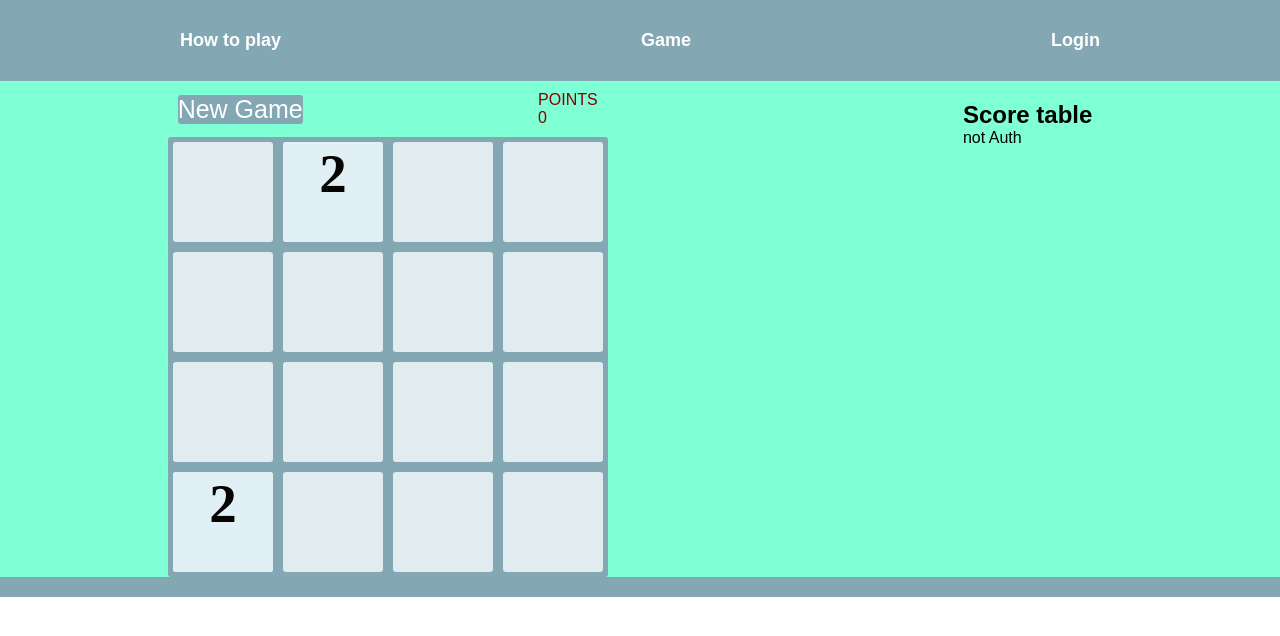
Repository: nika-otter/2048
Page: / (app in client/), after clicking the first element matching `div.resetButton`
The author's editor kept a copy of each file at every save. The page is drawn from the files as they stood at one save, then again after the next save.
The browser window is 1280 px wide. The pictures show the whole page.
The page's requests for data from a server got no answer. The project was rebuilt for these pictures with package versions that can differ from the ones it lists, and the page was loaded fresh each time. No one was signed in, and anything a server would have sent is missing. Also part of the build but not shown: client/src/components/Login/LoginForm.js, client/src/pages/account/index.jsx, client/src/components/Game/GameOverlay.jsx, client/src/pages/Instruction/index.jsx, client/src/pages/Login/index.jsx. Imported but missing from the stored project, and not drawn on this page: client/src/components/InstructionPage/InstructionPage.

Above is the page before, as saved 2023-04-30 14:44:09.

### client/src/index.js
import React from "react";
import ReactDOM from "react-dom/client";
import "./index.css";
import App from "./App";
import { BrowserRouter } from "react-router-dom";
import Store from "./store/store";

const store = new Store();

export const Context = React.createContext({
  store,
});

const root = ReactDOM.createRoot(document.getElementById("root"));
root.render(
  <Context.Provider value={{ store }}>
    <BrowserRouter>
      <App />
    </BrowserRouter>
  </Context.Provider>
);

### client/src/index.css
* {
  box-sizing: border-box;
  margin: 0;
  padding: 0;
}
#root {
  width: 100vw;
  height: 100%;

  background-color: aquamarine;
}

body {
  /* background-color: #ffffff;
  display: flex;
  justify-content: center;
  align-items: center;
  height: 100vh; */
  height: 100%;
}

code {
  font-family: source-code-pro, Menlo, Monaco, Consolas, "Courier New",
    monospace;
}

### client/src/App.js
import { useContext, useEffect, useState } from "react";
import "./App.css";
import LoginForm from "./components/Login/LoginForm";
import AppRouter from "./router/AppRouter";
import { Context } from "./index";
import { observer } from "mobx-react-lite";
import UserService from "./services/UserService";
function App() {
  // const { store } = useContext(Context);
  // const [users, setUsers] = useState([]);
  // useEffect(() => {
  //   if (localStorage.getItem("token")) {
  //     // console.log(localStorage.getItem("token"));
  //     store.checkAuth();
  //   }
  // }, []);

  // if (store.isLoading) {
  //   return <div>Loading...</div>;
  // }
  // async function getUsers() {
  //   try {
  //     const response = await UserService.fetchUsers();
  //     setUsers(response.data);
  //     console.log(response);
  //     setUsers(response.data);
  //   } catch {}
  // }
  return (
    <div className="App">
      <AppRouter />
      {/* <h1>{store.isAuth ? `User: ${store.user.email}` : "Not Auth"}</h1>
      <h1>
        {" "}
        {store.user.isActivated ? `Activated` : "Go and activate your email"}
      </h1>
      <button onClick={() => store.logout()}>Logout</button>
      <button onClick={getUsers}>Get users</button>
      {users.map((user) => (
        <div key={user.email}>{user.email}</div>
      ))}      */}
      {/* <LoginForm /> */}
    </div>
  );
}

export default observer(App);

### client/src/store/store.js
import { makeAutoObservable } from "mobx";
import AuthService from "../services/AuthService";
import axios from "axios";
import { API_URL } from "../http";
import UserService from "../services/UserService";

export default class Store {
  user = {};
  isAuth = false;
  isLoading = false;
  scores = {};
  constructor() {
    makeAutoObservable(this);
  }
  setAuth(bool) {
    this.isAuth = bool;
  }
  setUser(user) {
    this.user = user;
  }

  setLoading(bool) {
    this.isLoading = bool;
  }

  setScores(scores) {
    this.scores = scores;
  }

  async login(email, password) {
    console.log("login");
    try {
      const response = await AuthService.login(email, password);
      console.log(response);
      localStorage.setItem("token", response.data.accessToken);
      this.setAuth(true);
      this.setUser(response.data.user);
      console.log(response.data.user);
    } catch (e) {
      console.log(e.response?.data?.message);
    }
  }

  async registration(email, password) {
    try {
      const response = await AuthService.registration(email, password);
      console.log(response);
      localStorage.setItem("token", response.data.accessToken);
      this.setAuth(true);
      this.setUser(response.data.user);
    } catch (e) {
      console.log(e.response?.data?.message);
    }
  }

  async logout() {
    try {
      const response = await AuthService.logout();
      console.log(response);
      localStorage.removeItem("token", response.data.accessToken);
      this.setAuth(false);
      this.setUser({});
    } catch (e) {
      console.log(e.response?.data?.message);
    }
  }

  async checkAuth() {
    console.log("checkAuth");
    this.setLoading(true);
    try {
      const response = await axios.get(`${API_URL}/refresh`, {
        withCredentials: true,
      });
      console.log(response, "response checkAuth");
      console.log(
        response.data.accessToken,
        "response.data.accessToken checkAuth"
      );
      localStorage.setItem("token", response.data.accessToken);

      this.setAuth(true);
      this.setUser(response.data.user);
    } catch (e) {
      console.log(e.response?.data?.message);
    } finally {
      this.setLoading(false);
    }
  }

  async saveScore(email, score) {
    try {
      const response = await UserService.updateScore(email, score);
      //   this.scores = response.data.user.scores;
      console.log(response.data.user.scores);
    } catch (e) {
      console.log(e.response?.data?.message);
    }
  }
  async getScores(email) {
    this.setLoading(true);
    try {
      const response = await UserService.getScores(email);
      console.log(response, "response getScores store");
      this.setScores(response.data.user.scores);
      //   console.log(response.data.user.scores);
    } catch (e) {
      console.log(e.response?.data?.message);
    } finally {
      // this.setLoading(false);
    }
  }
}

### client/src/router/AppRouter.jsx
import { Routes, Route } from "react-router-dom";
import Account from "../pages/Account";
import Game from "../pages/Game";
import Instruction from "../pages/Instruction";
import Login from "../pages/Login";

const AppRouter = () => {
  return (
    <Routes>
      {/* <Route path="/game" element={<Game />} /> */}
      {/* <Route path="/account" element={<Account />} /> */}
      <Route path="/how-to-play" element={<Instruction />} />
      <Route path="/" element={<Game />} />
      <Route path="/login" element={<Login />} />
    </Routes>
  );
};

export default AppRouter;

### client/src/services/UserService.js
import $api from "../http";
export default class UserService {
  static fetchUsers() {
    return $api.get("/users");
  }

  static updateScore(email, score) {
    return $api.post(`/score`, { email, score });
  }

  static async getScores(email) {
    return $api.post(`/scores`, { email });
  }
}

### client/src/services/AuthService.js
import $api from "../http";
export default class AuthService {
  static async login(email, password) {
    return $api.post("/login", { email, password });
  }
  static async registration(email, password) {
    return $api.post("/registration", { email, password });
  }
  static async logout() {
    return $api.post("/logout");
  }
}

### client/src/http/index.js
import axios from "axios";

export const API_URL = "http://localhost:5000/api";

const $api = axios.create({
  withCredentials: true,
  baseURL: API_URL,
});

$api.interceptors.request.use((config) => {
  config.headers.Authorization = `Bearer ${localStorage.getItem("token")}`;
  return config;
});

$api.interceptors.response.use(
  (config) => {
    return config;
  },
  async (error) => {
    const originalRequest = error.config;
    if (
      error.response.status === 401 &&
      error.config &&
      !error.config._isRetry
    ) {
      originalRequest._isRetry = true;
      try {
        const response = await axios.get(`${API_URL}/refresh`, {
          withCredentials: true,
        });
        console.log(response, "response http");
        localStorage.setItem("token", response.data.accessToken);
        return $api.request(originalRequest);
      } catch (e) {
        console.log(e);
        console.log("НЕ АВТОРИЗОВАН");
      }
    }
    throw error;
  }
);
export default $api;

### client/src/pages/Game/index.jsx
import Header from "../../components/Header/Header";
import Footer from "../../components/Footer/Footer";
import GamePage from "../../components/GamePage/GamePage";

function Game() {
  return (
    <>
      <Header />
      <GamePage />
      <Footer />
    </>
  );
}

export default Game;

### client/src/components/Footer/Footer.jsx
import classes from "./Footer.module.scss";

function Footer() {
  return <footer className={classes.footer}></footer>;
}

export default Footer;

### client/src/components/Header/Header.jsx
import { Link } from "react-router-dom";
import classes from "./Header.module.scss";

function Header() {
  return (
    <header className={classes.header}>
      <Link className={classes.link} to="/how-to-play">
        How to play
      </Link>
      <Link className={classes.link} to="/">
        Game
      </Link>
      <Link className={classes.link} to="/login">
        Login
      </Link>
    </header>
  );
}

export default Header;

### client/src/components/GamePage/GamePage.jsx
import { Link } from "react-router-dom";
import classes from "./GamePage.module.scss";
import ScoreTable from "../ScoreTable/ScoreTable";
import BoardView from "../Game/Board";

function GamePage() {
  return (
    <main className={classes.main}>
      <div className={classes.gamepage}>
        <BoardView />
        <ScoreTable />
      </div>
    </main>
  );
}

export default GamePage;

### client/src/components/Footer/Footer.module.scss
.footer {
  flex: 0 0 auto;
  height: 20px;
  background-color: rgb(131, 168, 180);
  width: 100%;
}

### client/src/components/Header/Header.module.scss
.header {
  display: flex;
  justify-content: space-around;
  background-color: #83a8b4;
  width: 100%;
}
.link {
  color: white;
  text-decoration: none;
  font-size: large;
  margin-top: 20px;
  margin-bottom: 20px;
  padding: 10px;
  font-weight: bold;
  border-radius: 5px;
  &:hover {
    color: rgb(106, 134, 144);
    background-color: rgb(255, 255, 255);
  }
}

### client/src/components/GamePage/GamePage.module.scss
.gamepage {
  display: flex;
  justify-content: space-around;
  //   background-color: aquamarine;
}
.main {
  flex: 1 0 auto;
}

### client/src/components/ScoreTable/ScoreTable.jsx
import { useContext, useEffect, useState } from "react";
import classes from "./ScoreTable.module.scss";
import { Context } from "../..";
import UserService from "../../services/UserService";
import { observer } from "mobx-react-lite";

function ScoreTable() {
  // const { store } = useContext(Context);
  // const [scores, setScores] = useState([]);

  // useEffect(() => {
  //   if (localStorage.getItem("token")) {
  //     console.log(localStorage.getItem("token"), "token from login index.jsx");
  //     store.checkAuth();
  //     getScores(store.user.email);
  //   }
  //   console.log(store.user.email, "store.user.email in ScoreTable.jsx");
  // }, []);

  // const getScores = async (email) => {
  //   console.log(email, "email in ScoreTable.jsx");
  //   try {
  //     const response = await UserService.getScores(email);
  //     setScores(response.data.scores, "response from getScores ScoreTable.jsx");
  //     console.log(response);
  //   } catch {
  //     console.log("Error");
  //   }
  // };
  // console.log(scores, "store.user in ScoreTable.jsx");

  const { store } = useContext(Context);
  // const [scores, setScores] = useState([]);
  // console.log(store.user.scores, "store.user from login index.jsx");
  useEffect(() => {
    const checkAuth = async () => {
      if (localStorage.getItem("token")) {
        console.log(
          localStorage.getItem("token"),
          "token from login index.jsx"
        );
        await store.checkAuth();
      }
    };
    checkAuth();
    console.log(store.user.email, "store.user.email in ScoreTable.jsx");
    // getScores(store.user.email);
  }, []);

  // async function getScores(email) {
  //   console.log(email, "email from getScores");
  //   try {
  //     const response = await UserService.getScores(email);
  //     // setUsers(response.data);
  //     console.log(response, "response from getScores");
  //     // console.log(response.data.data.user.scores, "response.data.user.scores");
  //     // setScores(response.data.scores);
  //   } catch (e) {
  //     console.log(e, "Error");
  //   }
  // }
  if (store.isLoading) {
    console.log(store.isLoading, "store.isLoading");
    return <div>Loading...</div>;
  }
  return (
    <div className={classes.scoretable}>
      <h2>Score table</h2>
      {/* <button onClick={() => getScores(store.user.email)}>Get scores</button> */}
      {/* {store.isAuth ? (
        scores.map((score) => <div key={score}>{score}</div>)
      ) : (
        <div>loading</div>
      )} */}
      <ul>
        {store.isAuth ? (
          store.user.scores
            .map((score) => ({
              score,
              id: Math.random(),
            }))
            .sort((a, b) => b.score - a.score)
            .map((item) => <li key={item.id}>{item.score}</li>)
        ) : (
          <div>not Auth</div>
        )}
      </ul>

      {/* <button onClick={getScores}>dddmdmd</button> */}

      {/* {scores.map((score) => (
        <div>{score}</div>
      ))} */}
    </div>
  );
}

export default observer(ScoreTable);

### client/src/components/Game/Board.jsx
import React, { useContext, useState } from "react";
import Tile from "./Tile";
import Cell from "./Cell";
import { Board } from "../../helper";
import useEvent from "../../hooks/useEvent";
import GameOverlay from "./GameOverlay";
import "./Board.scss";
import { Context } from "../..";
import UserService from "../../services/UserService";
const BoardView = () => {
  const { store } = useContext(Context);
  const [board, setBoard] = useState(new Board());

  const handleKeyDown = (event) => {
    if (board.hasWon()) {
      return;
    } //потім вернути треба

    if (event.keyCode >= 37 && event.keyCode <= 40) {
      let direction = event.keyCode - 37;
      let boardClone = Object.assign(Object.create(board), board);
      // let boardClone = Object.assign(
      //   Object.create(Object.getPrototypeOf(board)),
      //   board
      // ); // теж саме що і вище
      let newBoard = boardClone.move(direction);
      setBoard(newBoard);
    }
  };

  useEvent("keydown", handleKeyDown);

  const cells = board.cells.map((row, rowIndex) => {
    return (
      <div key={rowIndex}>
        {row.map((col, colIndex) => {
          return <Cell key={rowIndex * board.size + colIndex} />;
        })}
      </div>
    );
  }); //робить клітинки нічого серйозного

  const tiles = board.tiles
    .filter((tile) => tile.value !== 0)
    .map((tile, index) => {
      return <Tile tile={tile} key={index} />;
    });

  const saveScore = async (email, score) => {
    try {
      const response = await UserService.updateScore(email, score);
      console.log(response, "response from saveScore ");
    } catch {
      console.log("Error");
    }
  };
  const resetGame = () => {
    console.log(
      store.user.email,
      board.score,
      "store.user.email board.score from BoardView.jsx"
    );
    saveScore(store.user.email, board.score);
    setBoard(new Board());
  };

  return (
    <div>
      <div className="details-box">
        <div className="resetButton" onClick={resetGame}>
          New Game
        </div>
        <div className="score-box">
          <div className="score-header">POINTS</div>
          <div>{board.score}</div>
        </div>
      </div>
      <div className="board">
        {cells}
        {tiles}
        <GameOverlay onRestart={resetGame} board={board} />
      </div>
    </div>
  );
};

export default BoardView;

### client/src/components/ScoreTable/ScoreTable.module.scss
.scoretable {
  margin: 20px;
}

### client/src/components/Game/Tile.jsx
import React from "react";
// import classes from "./Board.scss";
import "./Board.scss";
// import "./styles.scss";

const Tile = ({ tile, id }) => {
  console.log("tile");
  let classArray = ["tile"];
  classArray.push("tile" + tile.value);
  if (!tile.mergedInto) {
    classArray.push(`position_${tile.row}_${tile.column}`);
  }
  if (tile.mergedInto) {
    classArray.push("merged");
  }
  if (tile.isNew()) {
    classArray.push("new");
  }

  if (tile.hasMoved()) {
    classArray.push(`row_from_${tile.fromRow()}_to_${tile.toRow()}`);
    classArray.push(`column_from_${tile.fromColumn()}_to_${tile.toColumn()}`);
    classArray.push("isMoving");
  }
  //   if (tile.isRandom()) {
  //     classArray.push("random");
  //   }

  let styles = classArray.join(" ");
  return <span className={styles}>{tile.value}</span>;
};

export default Tile;

### client/src/components/Game/Cell.jsx
import React from "react";

const Cell = ({ id }) => {
  return <span className="cell"></span>;
};

export default Cell;

### client/src/hooks/useEvent.jsx
import { useEffect } from "react";

export default function useEvent(event, handler, passive = false) {
  useEffect(() => {
    window.addEventListener(event, handler, passive);

    return function cleanUp() {
      window.removeEventListener(event, handler, passive);
    };
  });
}

### client/src/components/Game/Board.scss
// @font-face {
//   font-family: "Clear Sans";
//   src: url("../src/clear-sans.ttf") format("truetype");
// }

body {
  display: flex;
  //   background: rgb(2,0,36);
  // background: linear-gradient(90deg, rgba(2,0,36,1) 0%, rgba(87,64,124,1) 47%, rgba(0,212,255,1) 100%);
  //   color: white;
  // flex-direction: column;
  // justify-content: center;
  // align-content: center;
  // align-items: center;
  font-family: "Clear Sans", sans-serif;
  // font-size: 21px;
}

.text {
  // order: 2;
  // padding-top: 40px;
  // width: 440px;
  // font-weight: bold;
}
// main {
//   min-height: 90vh;
// }

// .wrapper {
//   display: flex;
//   flex-direction: column;
//   height: 100%;
// }
// .content {
//   flex: 1 0 auto;
// }
// .footer {
//   flex: 0 0 auto;
// }

.board {
  // order: 1;
  // display: inline-block;

  display: block;
  // justify-content: center;
  margin-left: auto;
  margin-right: auto;
  width: 440px;
  height: 440px;
  // padding: 5px; //вернути треба
  background-color: rgb(131, 168, 180);
  border-radius: 3px;
  // outline: none;
  position: relative;
}

// .board .cell,
// .tile {
//   // user-select: none;
//   // cursor: default;
// }

.details-box {
  display: flex;
  align-items: center;
  padding: 10px;
  justify-content: space-between;
}

.resetButton {
  background-color: rgb(131, 168, 180);
  color: rgb(255, 255, 255);
  cursor: pointer;
  font-size: 25px;
  // padding: 10px 20px;
  border-radius: 3px;
  transition: color 0.3s ease, background-color 0.3s ease;
  &:hover {
    background-color: rgb(131, 168, 180);
    color: rgba(255, 255, 255, 1);
  }
}

.score-header {
  font-size: 1rem;
}

.score-box {
  background-color: rgb(131, 168, 180) 6;
  color: rgb(129, 2, 2);
  // min-width: 50px;
  // width: 70px;
  // padding: 5px 15px;
  border-radius: 3px;
}

.cell,
.tile {
  // display: inline-block;
  width: 100px;
  height: 100px;
  margin: 5px;
  // line-height: 90px;
  display: inline-block;
  font-size: 55px;
  font-weight: bold;
  text-align: center;
  vertical-align: middle;
  border-radius: 3px;
  font-family: "Clear Sans";
  color: rgb(8, 4, 4);
  background-color: rgb(224, 236, 240);
}

.tile0 {
  background-color: rgb(238, 247, 249);
}

.tile2 {
  background-color: rgb(224, 240, 245);
  // background-image: url(./assets/img/2.gif);
}

.tile4 {
  background-color: rgb(199, 221, 228);
  // background-image: url(./assets/img/4.gif);
}

.tile8 {
  background-color: rgb(187, 212, 220);
  // background-image: url(./assets/img/8.gif);
}

.tile16 {
  background-color: rgb(171, 195, 203);
  // background-image: url(./assets/img/16.gif);
}

.tile32 {
  background-color: rgb(140, 165, 174);
  // background-image: url(./assets/img/32.gif);
}

.tile64 {
  background-color: rgb(116, 144, 153);
  // background-image: url(./assets/img/64.gif);
}

.tile128 {
  background-color: rgb(98, 125, 134);
  // background-image: url(./assets/img/128.gif);
}

.tile256 {
  background-color: rgb(71, 91, 98);
  // background-image: url(./assets/img/256.gif);
  font-size: 45px;
}

.tile512 {
  background-color: rgb(45, 68, 75);
  // background-image: url(./assets/img/512.gif);
  font-size: 45px;
}

.tile1024 {
  background-color: rgb(40, 68, 78);
  // background-image: url(./assets/img/1024.gif);
  font-size: 35px;
}

.tile2048 {
  position: absolute;
  background-size: contain;
  left: 0;
  right: 0;
  top: 0;
  bottom: 0;
  padding: 0px;
  background-color: rgb(12, 42, 52);
  // background-image: url(./assets/img/2048.gif);
  font-size: 35px;
}

.try-again {
  z-index: 10;
  height: 100px;
  width: 100px;
  // background-image: url(./assets/img/try-again.gif);
}

.tile {
  position: absolute;
}

.tile.merged {
  display: none;
}

// .tile.merged.isMoving {
//   display: inline;
// }

.tile.new {
  animation-duration: 0.3s;
  animation-name: newTile;
  animation-fill-mode: forwards;
  // animation-delay: 0.15s;
  transform: scale(0);
}
// .tile.random {
//   animation-duration: 3s;
//   animation-name: newTile;
//   animation-fill-mode: forwards;
//   // animation-delay: 0.15s;
//   transform: scale(0);
// }

@keyframes newTile {
  from {
    transform: scale(0);
  }
  to {
    transform: scale(1);
  }
}

// .overlay {
//   position: absolute;
//   top: 0px;
//   bottom: 0px;
//   display: flex;
//   flex-direction: column;
//   align-items: center;
//   justify-content: center;
//   text-align: center;
//   left: 0px;
//   right: 0px;
//   font-size: 55px;
//   font-weight: bolder;
//   border-radius: 7px;
// }

// .tryAgain {
//   background-color: #876;
//   color: #fff;
//   height: 40px;
//   width: 200px;
//   font-size: 20px;
//   font-weight: bold;
//   cursor: pointer;
//   border: none;
//   border-radius: 5px;
//   border: 2px solid white;
// }

// .gameOver {
//   background-size: contain;
//   background-image: url(./assets/img/game-over.gif);
//   position: absolute;
//   top: 0;
//   right: 0;
//   bottom: 0;
//   left: 0;
//   z-index: 100;
//   text-align: center;
// }

.overlay .message {
  color: #666;
}

@for $row from 0 through 3 {
  @for $column from 0 through 3 {
    .position_#{$row}_#{$column}:not(.isMoving) {
      top: 110px * $row;
      left: 110px * $column;
    }
  }
}

@for $fromRow from 0 through 3 {
  @for $toRow from 0 through 3 {
    $name: row_from_#{$fromRow}_to_#{$toRow};

    @if $fromRow == $toRow {
      .#{$name} {
        top: 110px * $toRow;
      }
    } @else {
      .#{$name} {
        animation-duration: 0.2s;
        animation-name: $name;
        animation-fill-mode: forwards;
      }

      @keyframes #{$name} {
        from {
          top: 110px * $fromRow;
        }
        to {
          top: 110px * $toRow;
        }
      }
    }
  }
}

@for $fromColumn from 0 through 3 {
  @for $toColumn from 0 through 3 {
    $name: column_from_#{$fromColumn}_to_#{$toColumn};

    @if $fromColumn == $toColumn {
      .#{$name} {
        left: 110px * $toColumn;
      }
    } @else {
      .#{$name} {
        animation-duration: 0.2s;
        animation-name: $name;
        animation-fill-mode: forwards;
      }

      @keyframes #{$name} {
        from {
          left: 110px * $fromColumn;
        }
        to {
          left: 110px * $toColumn;
        }
      }
    }
  }
}

### client/src/App.css
.app {
  /* position: relative; */
  display: flex;
  flex-direction: column;
  height: 100%;
  background-color: rgb(188, 121, 39);
}
/* main {
  flex: 1 0 auto;
} */

Loaded but not shown: client/public/index.html (common file); client/src/helper/index.js (231 lines, source omitted)

After the next save:
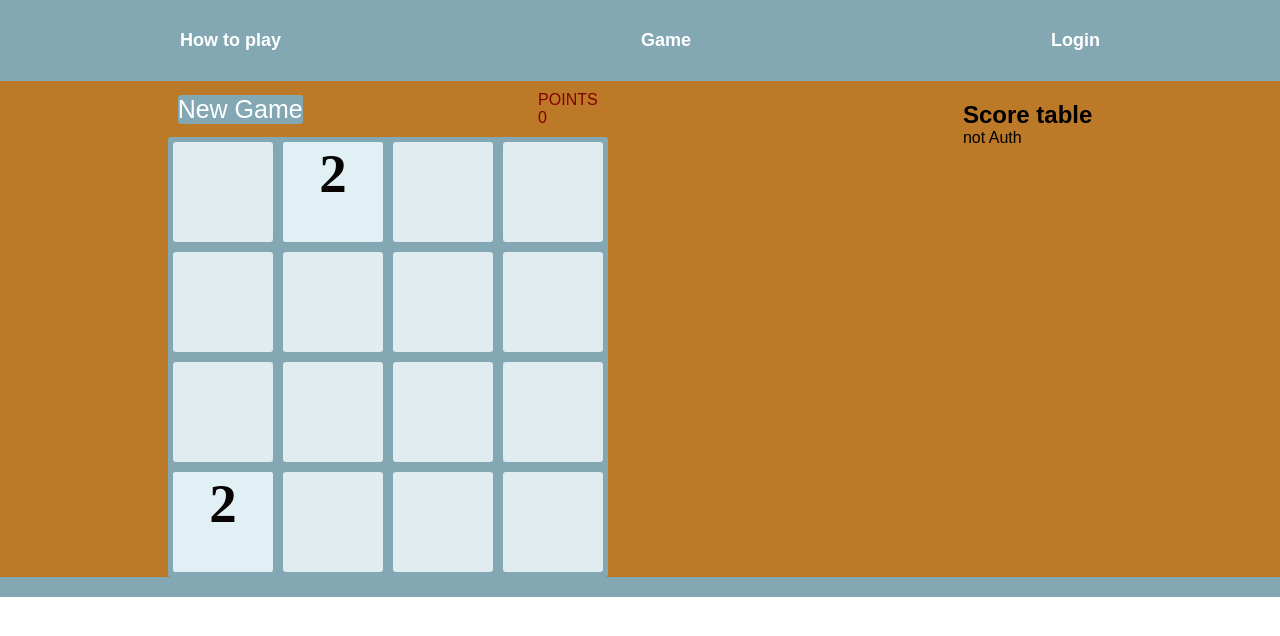
Saved 29 s later.
--- a/client/src/App.css
+++ b/client/src/App.css
@@ -1,4 +1,4 @@
-.app {
+.App {
   /* position: relative; */
   display: flex;
   flex-direction: column;
